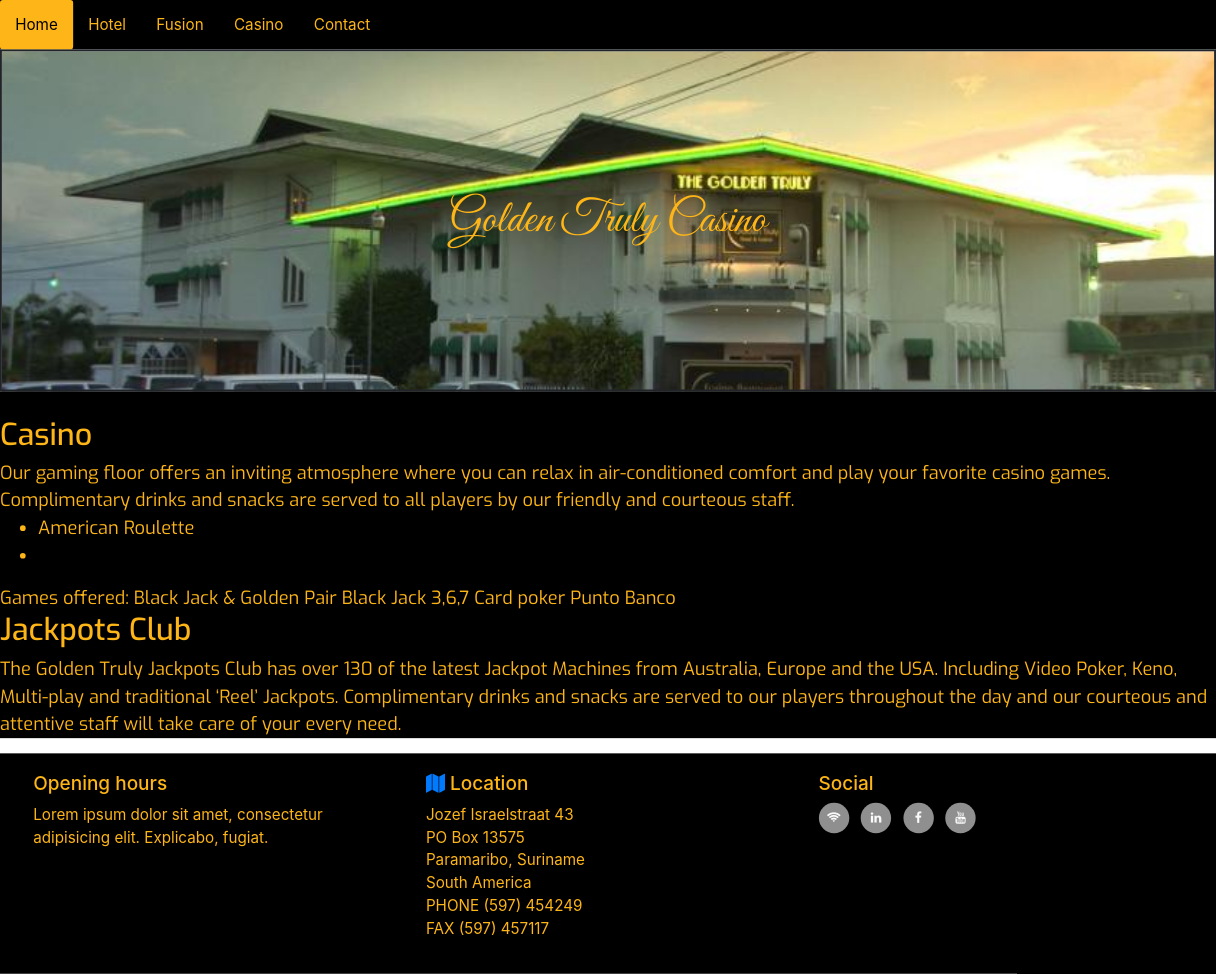
Repository: Code-Institute-Submissions/anthonycaf-Milestone1
Page: casino.html
The author's editor kept a record of every edit. The page is drawn from the files as they stood at one moment, then again after the next edit.
The browser window is 1280 px wide. The pictures show the whole page, at 95% of full size.

Above is the page before.

### casino.html
<!DOCTYPE html>
<html lang="en">

<head>
 <meta charset="UTF-8">
 <meta name="viewport" content="width=device-width, initial-scale=1.0">
 <meta http-equiv="X-UA-Compatible" content="ie=edge">
 <!--             links/bootstrap/fontawsome    -->
 <link rel="stylesheet" href="https://stackpath.bootstrapcdn.com/font-awesome/4.7.0/css/font-awesome.min.css" type="text/css" />
 <link rel="stylesheet" href="https://stackpath.bootstrapcdn.com/bootstrap/4.3.1/css/bootstrap.min.css" type="text/css" />
 <!--             main/css                      -->
 <link rel="stylesheet" href="./css/style.css" type="text/css" />
 <title>Golden Truly Hotel</title>
</head>

<body>
 <header>
  <ul Id="nav-bar">
   <li class="nav-bar-item"><a class="nav-link-item" href="index.html">Home</a></li>
   <li class="nav-bar-item"><a class="nav-link-item" href="hotel.html">Hotel</a></li>
   <li class="nav-bar-item"><a class="nav-link-item" href="fusion.html">Fusion</a></li>
   <li class="nav-bar-item"><a class="nav-link-item" href="casino.html">Casino</a></li>
   <li class="nav-bar-item"><a class="nav-link-item" href="contact.html">Contact</a></li>
  </ul>
  <div class="bg-image-title">
   <a href="index.html" class="img"></a>
   <h1 id="title">Golden Truly Casino</h1>
  </div>
 </header>
 <main>
 <section class="casino">
     <p>
         <h2>Casino</h2>
Our gaming floor offers an inviting atmosphere where you can relax in air-conditioned
comfort and play your favorite casino games.
Complimentary drinks and snacks are served to
all players by our friendly and courteous staff.
 <ul>
      <li>American Roulette</li>
      <li></li>
 </ul>
    Games offered:



Black Jack & Golden Pair Black Jack

3,6,7 Card poker

Punto Banco

<h2>Jackpots Club</h2>

The Golden Truly Jackpots Club has over 130 of the latest Jackpot Machines from Australia,
Europe and the USA. Including Video Poker, Keno, Multi-play and
traditional ‘Reel’ Jackpots.  Complimentary drinks and snacks are served
to our players throughout the day and our courteous and attentive staff will
take care of your every need.
     </p>
 </section>
 </main>
 <footer class="container-fluid">
  <div id="footer-details" class="row">
   <div class="col-sm-4">
    <h5 class="uppercase general-sub">Opening hours</h5>
    <p class="inline-block">
     Lorem ipsum dolor sit amet, consectetur adipisicing elit. Explicabo, fugiat.
    </p>
   </div>
   <div class="col-sm-4">
    <h5 class="uppercase general-sub"> <a href="assets/cv/sample-cv.pdf" target="_blank" class="cv-pdf">
        <i class="fa fa-map marker alt" aria-hidden="true"></i>
        <span class="sr-only">Map link.</span>
       </a>Location</h5>
    <p class="inline-block">Jozef Israelstraat 43<br> PO Box 13575<br> Paramaribo, Suriname<br> South America<br> PHONE (597) 454249<br> FAX (597) 457117
    </p>

   </div>
   <div class="col-sm-4">
    <h5 class="uppercase general-sub">Social</h5>
    <ul class="list-inline social-links">
     <li class="list-inline-item">
      <a href="#" target="_blank">
          <i class="fa fa-wifi" aria-hidden="true"></i>
          <span class="sr-only">wifi</span>
         </a>
     </li>
     <li class="list-inline-item">
      <a href="#" target="_blank">
          <i class="fa fa-linkedin" aria-hidden="true"></i>
          <span class="sr-only">Linkedin</span>
         </a>
     </li>

     <li class="list-inline-item">
      <a href="#" target="_blank">
          <i class="fa fa-facebook" aria-hidden="true"></i>
          <span class="sr-only">facebook</span>
         </a>
     </li>

     <li class="list-inline-item">
      <a href="#" target="_blank">
          <i class="fa fa-youtube" aria-hidden="true"></i>
          <span class="sr-only">youtube</span>
         </a>
     </li>
    </ul>
   </div>
  </div>
 </footer>


</body>

</html>

### css/style.css
 /*------------google-fonts----------*/

 @import url('https://fonts.googleapis.com/css?family=Exo:100,200,300,400,500,600,700|Great+Vibes&display=swap:100,200,300,400,500,600,700');

 body {
  margin: 0;
 }

 /*------------- images --------------*/

 .master-img1 {
  background-image: url(../images/master1.jpg);
 }

 .master-img2 {
  background-image: url(../images/housekeeping.jpg);
 }

 .master-img3 {
  background-image: url(../images/design-lobby-ceiling.jpg);
 }

 .suite-img1 {
  background-image: url(../images/suit1.jpg);
 }

 .suite-img2 {
  background-image: url(../images/suite2.jpg);
 }

 .suite-img3 {
  background-image: url(../images/suite3.jpg);
 }

 .bg-image-title {
  background: url("../images/golden-truly-hotel.jpg");
 }

 /*------------main----------*/

 main {
  font-family: "Exo", sans-serif;
  font-size: 1.2em;
  width: 100%;
  background-color: #000000;
  color: #fdb517;
  margin: 0 auto;
  padding-top: 10px;

 }

 .bg-image-title {
  background-clip: border-box;
  background-position: center;
  background-repeat: no-repeat;
  background-size: cover;
  transition: all .5s ease-in-out;
  -moz-transition: all .5s ease-in-out;
  -webkit-transition: all .5s ease-in-out;
  height: 360px;
  border: 2px solid;
 }

 #title {
  color: #fdb517;
  font-family: "Great Vibes", sans-serif;
  font-size: 3em;
  text-align: center;
  padding-top: 150px;
 }

 #welcome {
  color: #fdb517;
  font-family: "Great Vibes", sans-serif;
  font-size: 2.5em;

 }

 .dl-list {
  max-width: 70%;
 }
/*------------ Section ------*/
 .section {
  padding-top: 10px;
  padding-bottom: 10px;
  margin: 0 auto;
  max-width: 70%;
 }
 .casino, .fusion {
  margin-bottom: 0;
 }


 /*-----------main nav-bar----------*/

 #nav-bar {
  width: 100vw;
  list-style-type: none;
  margin: 0;
  padding: 0;
  overflow: hidden;
  background-color: #000;
 }

 .nav-bar-item {
  float: left;
 }

 .nav-bar-item .nav-link-item {
  display: inline-block;
  color: #fdb517;
  text-align: center;
  padding: 8px 8px;
  text-decoration: none;
 }

 .nav-bar-item .nav-link-item:hover {
  background-color: #fdb517;
  color: #000000;
  border-radius: 3px;
  transition: all .8s ease-in-out;
 }

 .nav-bar-item {
  display: inline-block;
 }


 dd {
  color: #fafafa;
 }

 .room-services-item {
  margin-bottom: 0px;
  border-bottom-width: 20px;
  padding-bottom: 40px;
 }

 /*----------------iframe -----------*/

 iframe {
  width: 100%;
  height: 360px;
  border: none;
  margin: 0;
 }

 /*-----------main footer----------*/

 .container-fluid {
  background-color: #000000;
  color: #fdb517;

 }

 footer {
  background-color: #525252;
  color: #fafafa;
  min-height: 120px;
  margin: 0;
  padding: 0;
 }

 .social-links {
  padding-bottom: 15px;
 }

 .social-links li a i {
  width: 32px;
  height: 32px;
  padding: 12px 0;
  border-radius: 50%;
  font-size: 13px;
  line-height: 7px;
  text-align: center;
  color: #fafafa;
  background-color: #8f8f8f;
  transition: all 0.35s ease-in-out;
  -moz-transition: all 0.35s ease-in-out;
  -webkit-transition: all 0.35s ease-in-out;
  -o-transition: all 0.35s ease-in-out;
 }

 .social-links li a i:hover {
  background: #fdb517;
 }

 #footer-details {
  padding: 20px;
 }

 /*-----------hotel.html----------*/

 .bg-img-size {

  background-clip: border-box;
  background-position: center;
  background-repeat: no-repeat;
  background-size: cover;
  width: 33.3%;
  height: 150px;
 }


 /*----------- contact.html/form --------*/

 .contact-heading,
 .contact-thanks {
  font-family: "Great Vibes", sans-serif;
  font-weight: 300;
  margin-top: 25px;
  margin-bottom: 20px;

 }

 form {
  padding-top: 10px;
  margin: 0 auto;
  max-width: 70%;
 }

 button[type="submit"] {
  margin-top: 15px;
  margin-bottom: 20px;
  color: #fdb517;
  background-color: #000000;

 }

 /*-------------------------------------Media queries*/

 @media(min-width: 992px) {
  .center-form {
   padding-top: 30px;
   min-height: 240px;
   margin: 0 auto;
   max-width: 50%;
  }
  .section {
   padding-top: 30px;
   padding-bottom: 30px;
   margin: 0 auto;
   max-width: 70%;
  }
  .dl-list {
   max-width: 70%;
  }
  .nav-bar-item .nav-link-item {
   padding: 14px 16px;
  }
 }

After the next edit:
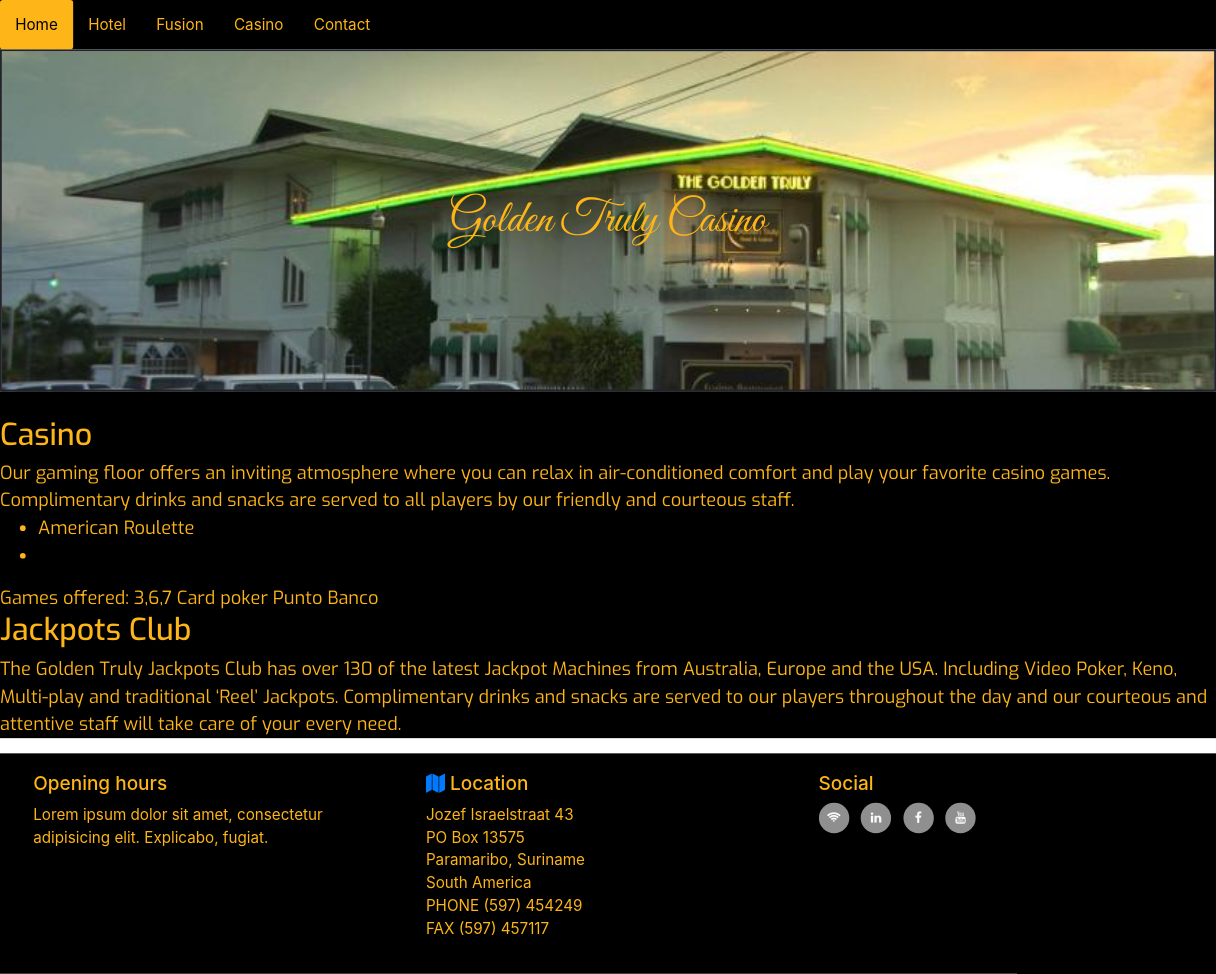
The edit:
--- a/casino.html
+++ b/casino.html
@@ -43,7 +43,7 @@
 
 
 
-Black Jack & Golden Pair Black Jack
+
 
 3,6,7 Card poker
 
